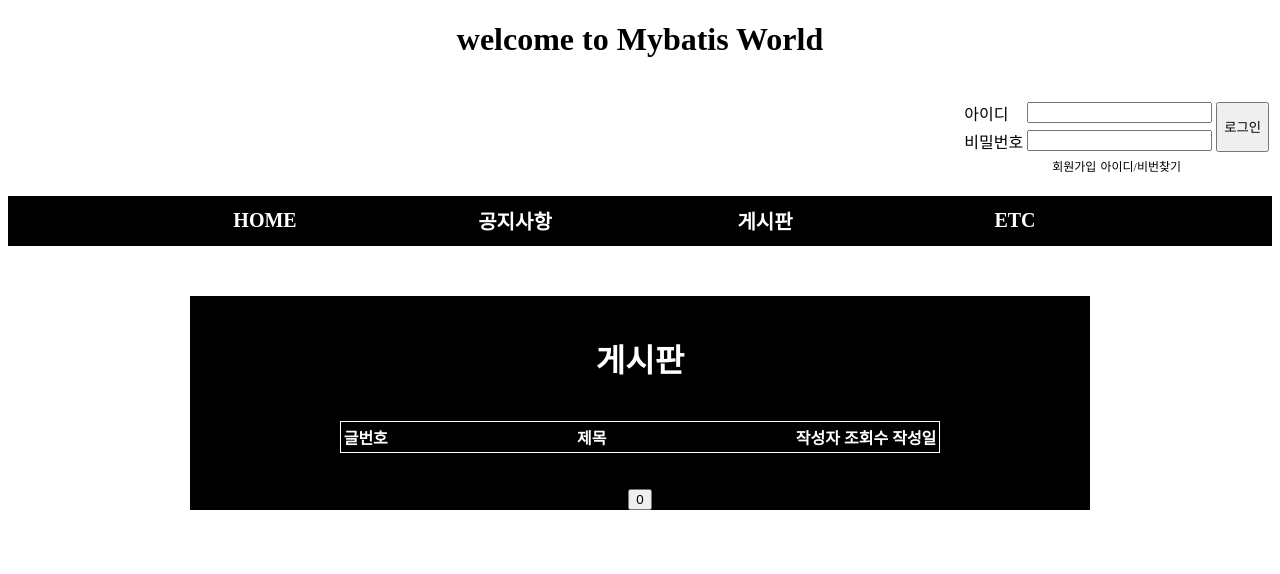
Repository: eru2/Study
Page: http://localhost/mybatisProject/views/board/boardListView.jsp
The author's editor kept a copy of each file at every save. The page is drawn from the files as they stood at one save, then again after the next save.
The browser window is 1280 px wide. The pictures show the whole page.
The page is served by Tomcat 10. The template is opened directly, without the code that normally fills it, so the values that code supplies are empty.

Above is the page before, as saved 2025-03-07 01:34:29.

After the next save:
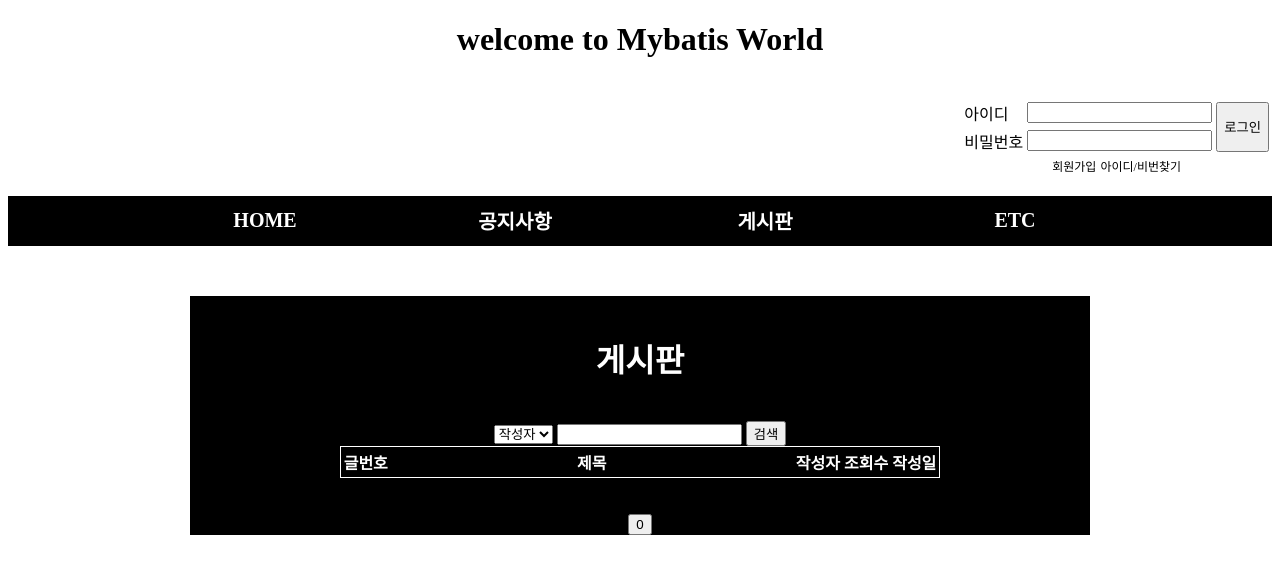
Saved 3 min 21 s later.
--- a/08_MyBatis/mybatisProject/src/main/webapp/views/board/boardListView.jsp
+++ b/08_MyBatis/mybatisProject/src/main/webapp/views/board/boardListView.jsp
@@ -26,6 +26,18 @@
         <h1 align="center">게시판</h1>
         <br>
 
+		<div>
+			<form action="search.bo">
+			<input type="hidden" name="cpage" value="1">
+				<select name="condition">
+				<option value="writer">작성자</option>
+				<option value="title">제목</option>
+				<option value="content">내용</option>
+				</select>
+				<input type="text" name="keyword">
+				<button type="submit">검색</button>
+			</form>
+		</div>
         <table id="list-area">
             <thead>
                 <tr>
